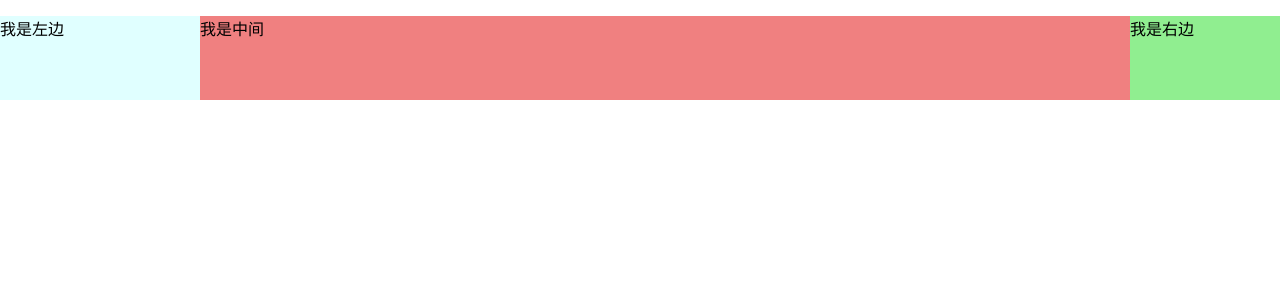
Repository: ljwrookie/Front-end-interview-handwritten-code
Page: 圣杯布局.html
The author's editor kept a copy of each file at every save. The page is drawn from the files as they stood at one save, then again after the next save.
The browser window is 1280 px wide. The pictures show the whole page.

Above is the page before, as saved 2022-04-07 14:00:46.

### 圣杯布局.html
<!DOCTYPE html>
<html lang="en">
	<head>
		<meta charset="UTF-8" />
		<meta http-equiv="X-UA-Compatible" content="IE=edge" />
		<meta name="viewport" content="width=device-width, initial-scale=1.0" />
		<title>圣杯布局</title>
		<style>
			body {
				margin: 0;
				padding: 0;
			}
			#container {
				padding-left: 200px;
				padding-right: 150px;
				height: 100px;
				overflow: auto;
			}
			#container p {
				float: left;
				height: 100px;
			}
			.center {
				width: 100%;
				background-color: lightcoral;
			}
			.left {
				width: 200px;
				position: relative;
				left: -200px;
				margin-left: -100%;
				background-color: lightcyan;
			}
			.right {
				width: 150px;
				margin-right: -150px;
				background-color: lightgreen;
			}
			.clearfix:after {
				content: "";
				display: table;
				clear: both;
			}
		</style>
	</head>
	<body>
		<div id="container" class="clearfix">
			<p class="center">我是中间</p>
			<p class="left">我是左边</p>
			<p class="right">我是右边</p>
		</div>
	</body>
</html>

After the next save:
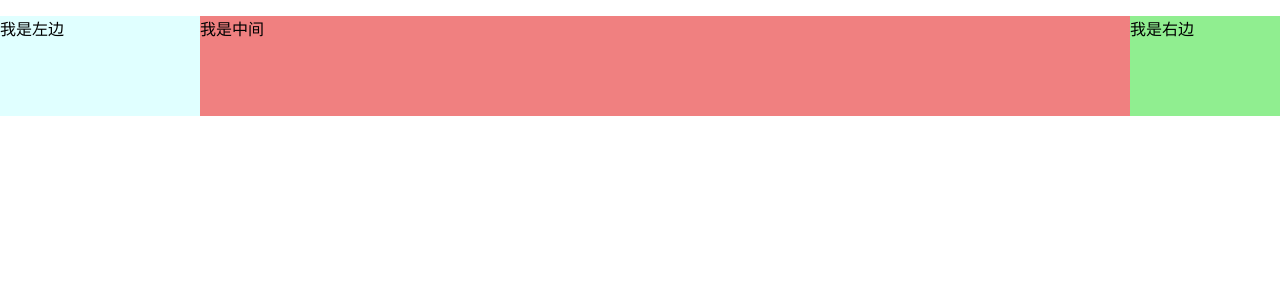
Saved 20 s later.
--- a/圣杯布局.html
+++ b/圣杯布局.html
@@ -13,7 +13,7 @@
 			#container {
 				padding-left: 200px;
 				padding-right: 150px;
-				height: 100px;
+				/* height: 100px; */
 				overflow: auto;
 			}
 			#container p {
